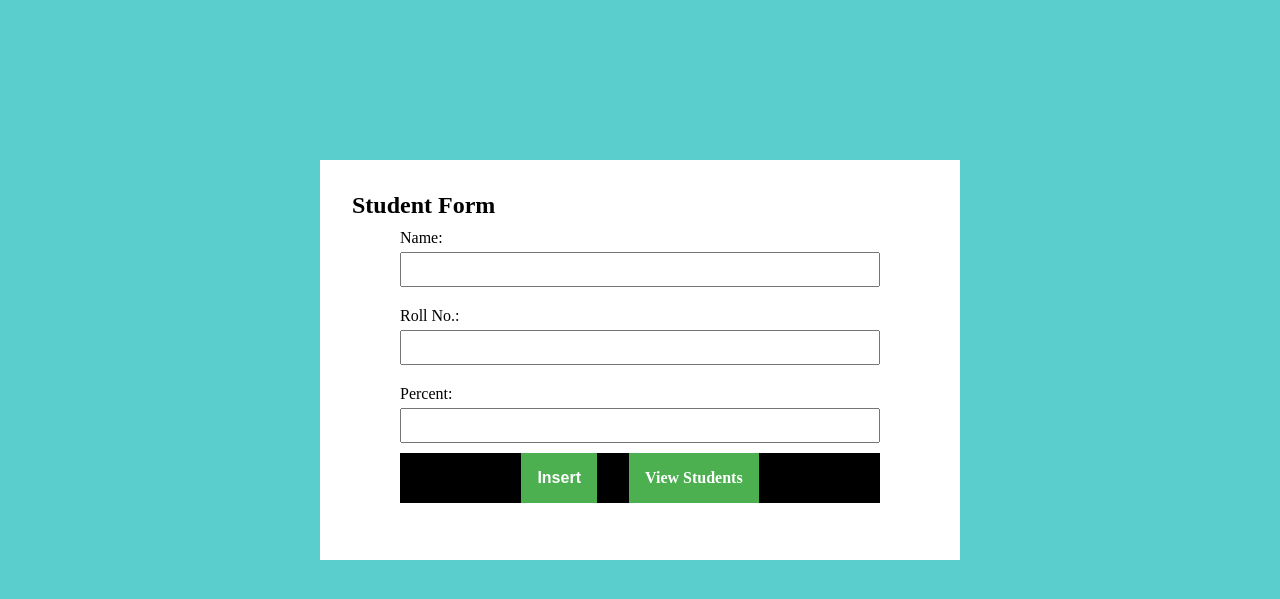
Repository: deeptimahisare1206/Todo_List
Page: http://localhost/Hib_Nest/
The author's editor kept a copy of each file at every save. The page is drawn from the files as they stood at one save, then again after the next save.
The browser window is 1280 px wide. The pictures show the whole page.
The page is served by Tomcat 10. Other server files are loaded and not shown.

Above is the page before, as saved 2024-11-17 16:13:44.

### Hib_Nest/src/main/webapp/index.jsp
<%@ page language="java" contentType="text/html; charset=UTF-8"
	pageEncoding="UTF-8"%>
<html>
<head>
<style>
*{
margin:0;
padding:0;
box-sizing: border-box;

}
body {
display:grid;
place-items:center;
	background-color: #5acdcd;
	gap: 2rem;
	height: 100vh;
}

.container{
padding:2rem;
	background-color: white;
	height: 25rem;
	width:50vw;
}

form {
    width: 30rem;
    margin: 0 auto;
}

label {
    display: block;
    margin: 10px 0 5px;
}

input[type="text"],
input[type="number"] {
    width: 100%;
    padding: 8px;
    margin-bottom: 10px;
}

input[type="submit"] ,a{
    background-color: #4CAF50;
    color: white;
    font-size:1rem;
    font-weight:bolder;
    padding: 1rem;
    border: none;
    cursor: pointer;
    text-decoration: none;
}

input[type="submit"]:hover {
    background-color: #45a049;
}
.btns{
width: 100%;
background-color: black;
display: flex;
gap:2rem;
justify-content:center;
}
</style>
</head>
<body>
<div class="container">
	<h2>Student Form</h2>

	<form action="Register" method="get">
		<label>Name:</label><input type="text" name="name"><label>Roll
			No.: </label> <input type="number" name="roll"> <label>Percent:
		</label><input type="number" name="percent">
		<div class="btns"> <input type="submit"
			value="Insert">
			<a href="Display.jsp">View Students</a></div>
	</form>
	</div>
</body>
</html>

After the next save:
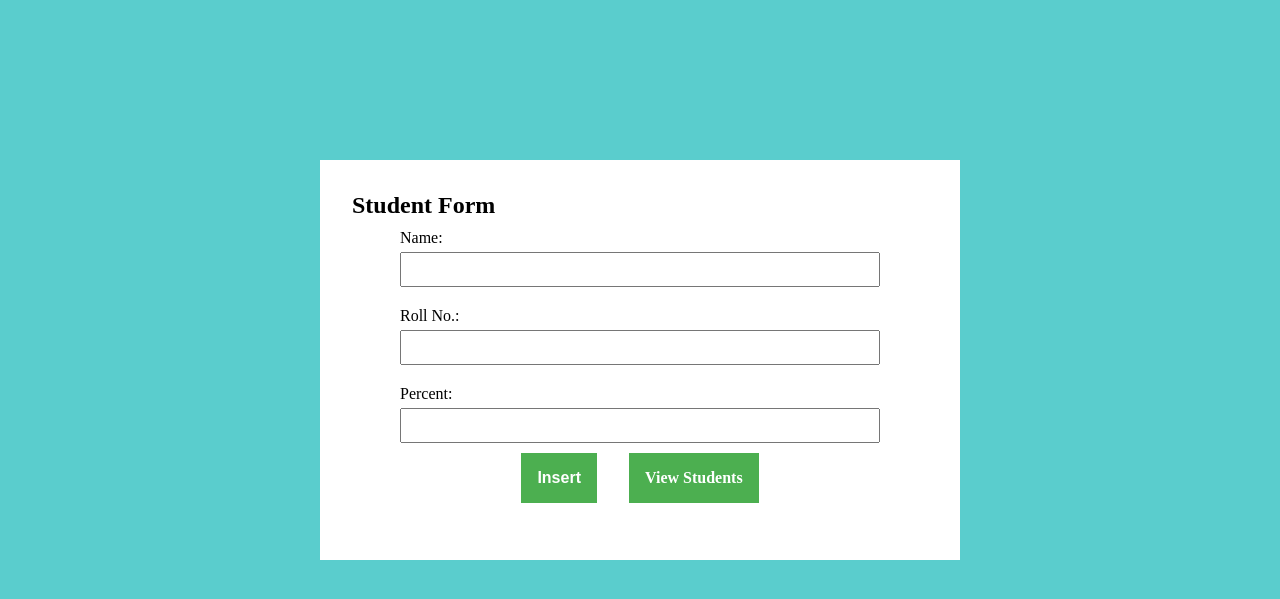
Saved 20 s later.
--- a/Hib_Nest/src/main/webapp/index.jsp
+++ b/Hib_Nest/src/main/webapp/index.jsp
@@ -57,7 +57,6 @@ input[type="submit"]:hover {
 }
 .btns{
 width: 100%;
-background-color: black;
 display: flex;
 gap:2rem;
 justify-content:center;
